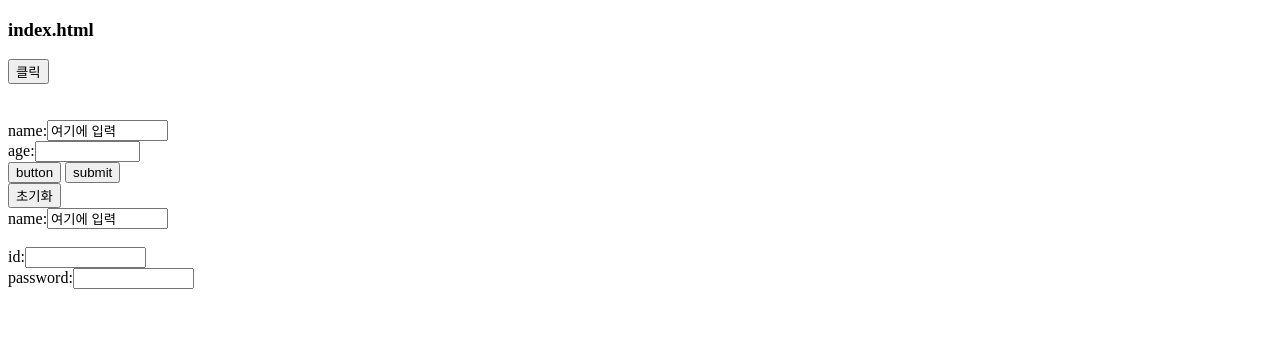
Repository: Jv2020/bitcamp
Page: html/sample04/WebContent/index.html
An editor plug-in stored every save of this project. The page is shown before and after the next save, followed by the edit.
The browser window is 1280 px wide. The pictures show the whole page.

Above is the page before, as saved 2020-01-03 02:15:42.

After the next save:
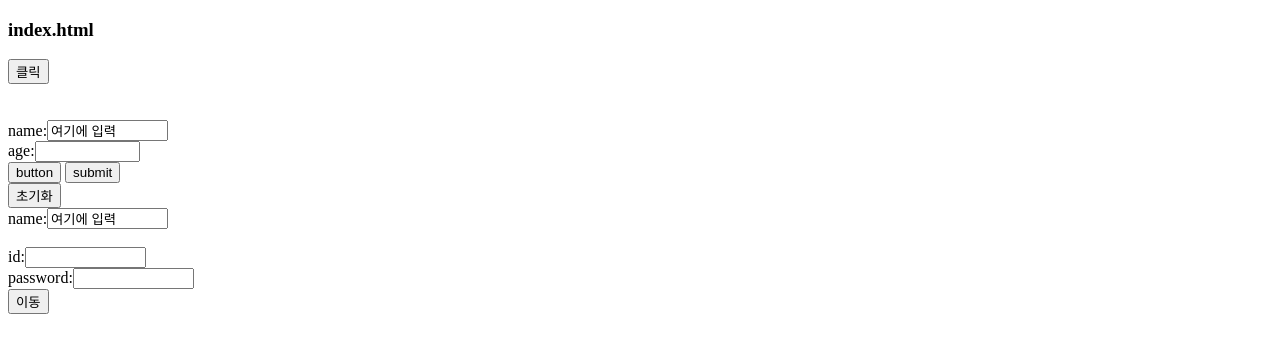
Saved 24 s later.
--- a/html/sample04/WebContent/index.html
+++ b/html/sample04/WebContent/index.html
@@ -59,7 +59,7 @@ name:<input type="text" value="여기에 입력" size="12">
 <form action="NewFile.jsp">
 	id:<input type="text" name="id" value="" size="12"><br>
 	password:<input type = "password" name="pwd" size="12"><br>
-
+	<input type="submit" value="이동">
 </form>
 
 
